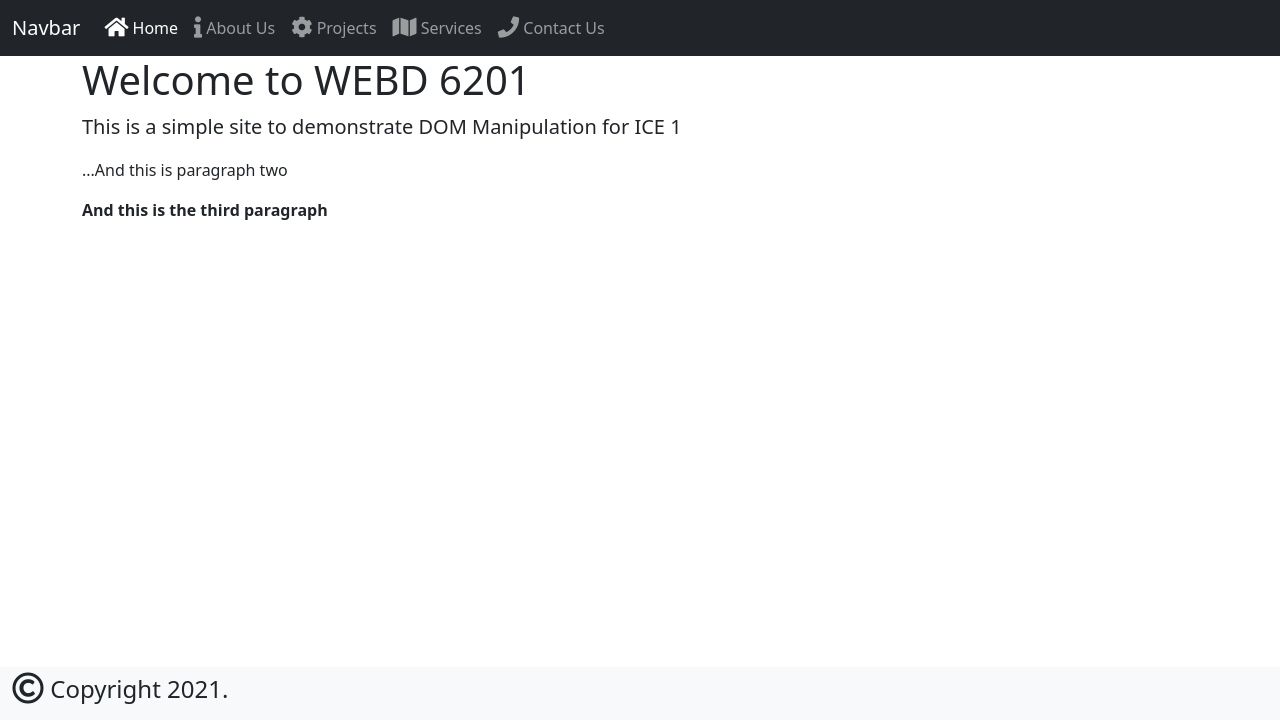
Repository: aphim/Webd6201-wk3
Page: index.html
The author's editor kept a copy of each file at every save. The page is drawn from the files as they stood at one save, then again after the next save.
The browser window is 1280 px wide. The pictures show the whole page.

Above is the page before, as saved 2021-01-21 08:28:04.

After the next save:
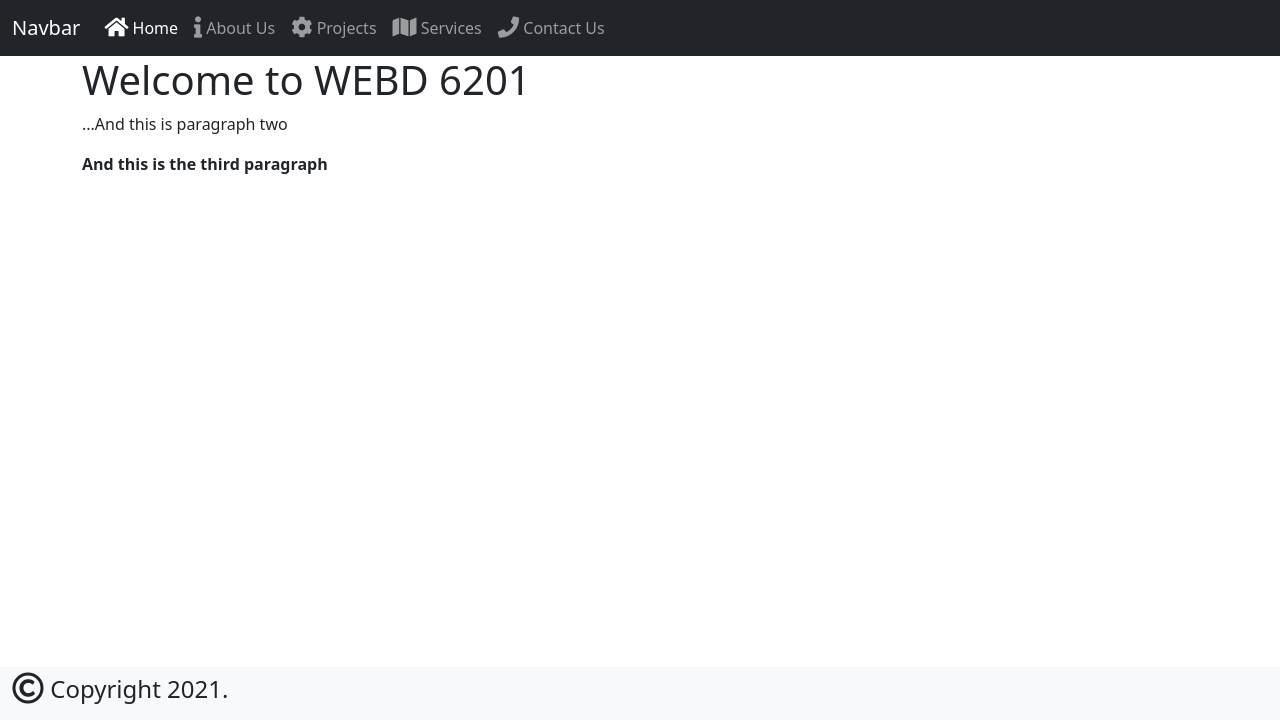
Saved 4 min 45 s later.
--- a/Scripts/app.js
+++ b/Scripts/app.js
@@ -51,6 +51,13 @@
         //newParagraph.before(paragraphDiv);
         newParagraph.after(paragraphDiv);
 
+        //deletions
+        //paragraphOneElement.remove();
+        mainContent.removeChild(paragraphOneElement);
+
+        //Update / modification of an element
+
+
     }
 
 
